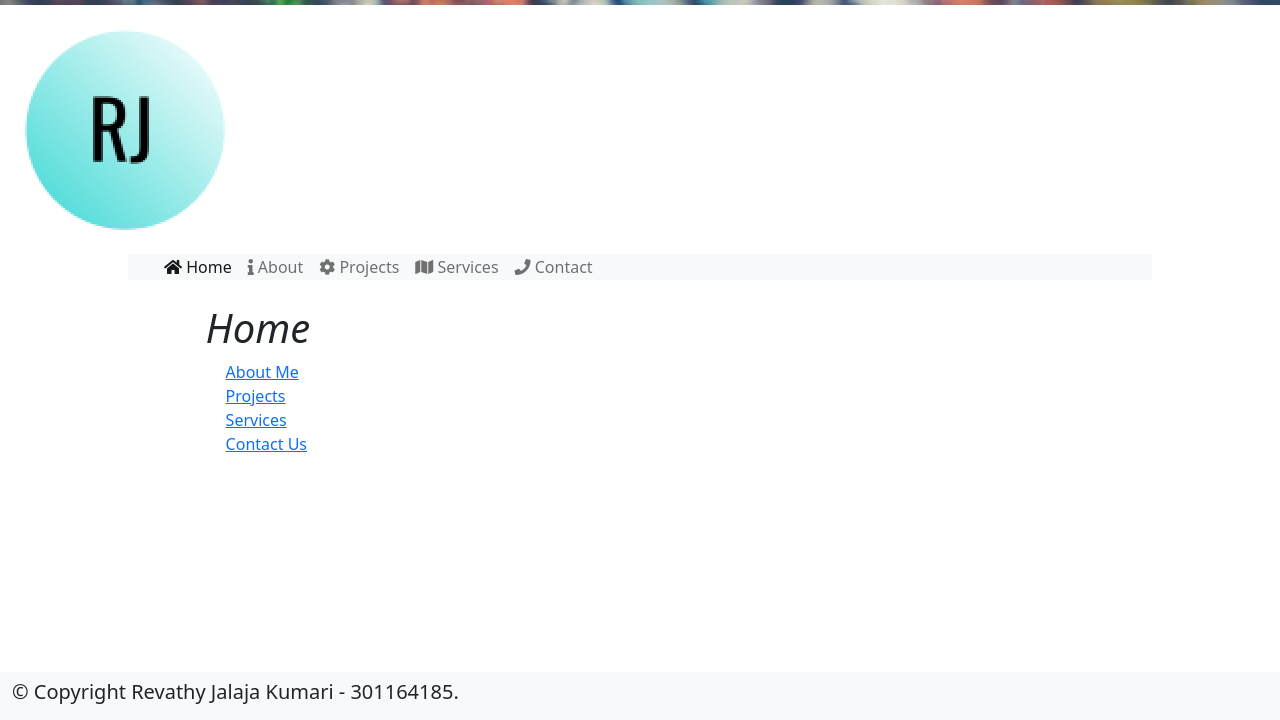
Repository: RevathyJK/Portfolio
Page: http://localhost/
These files come from the project's save history. The page is drawn as it stood at one moment and after the next save; the edit follows.
The browser window is 1280 px wide. The pictures show the whole page.
The page is served by the project's Node server (server.js).

Above is the page before, as saved 2021-10-01 11:57:51.

After the next save:
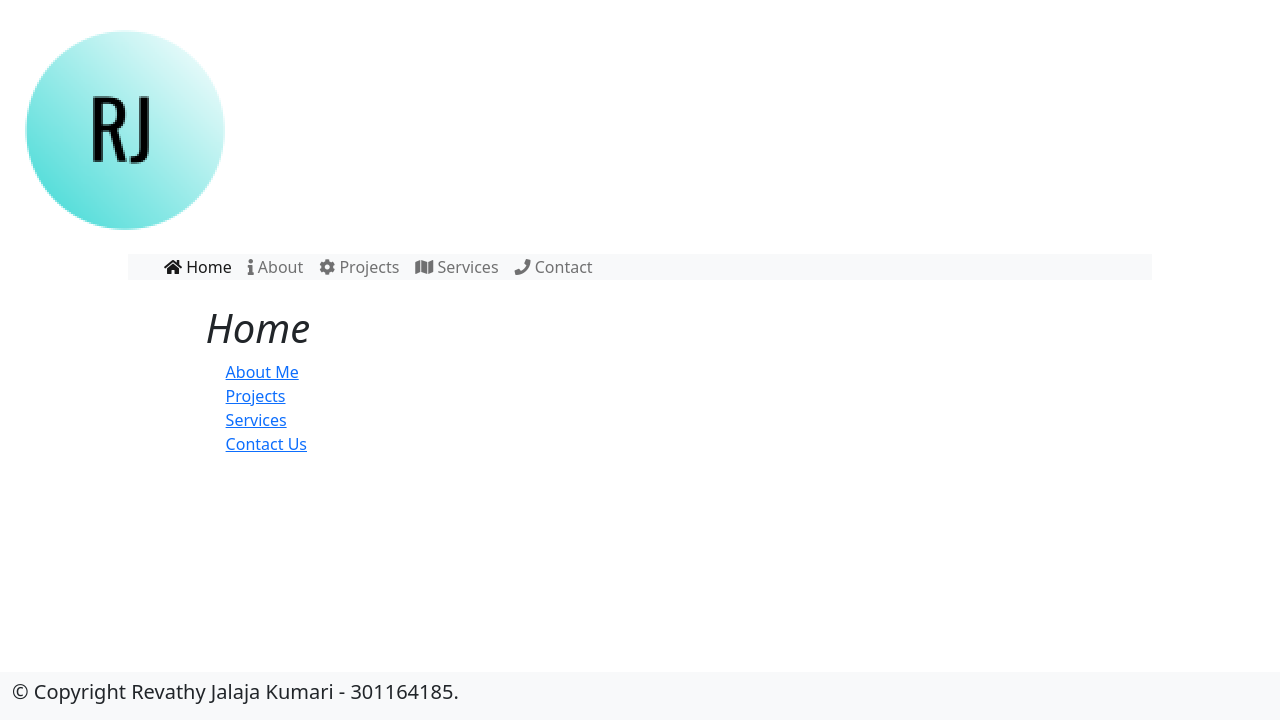
Saved 76 s later.
--- a/Client/Content/app.css
+++ b/Client/Content/app.css
@@ -23,6 +23,6 @@
 .header-img {
     width: 100%;
     height: 5px;
-    background: url('/public/banner.jpg');
+    background: '/public/banner.jpg';
     background-size: cover;
   }
